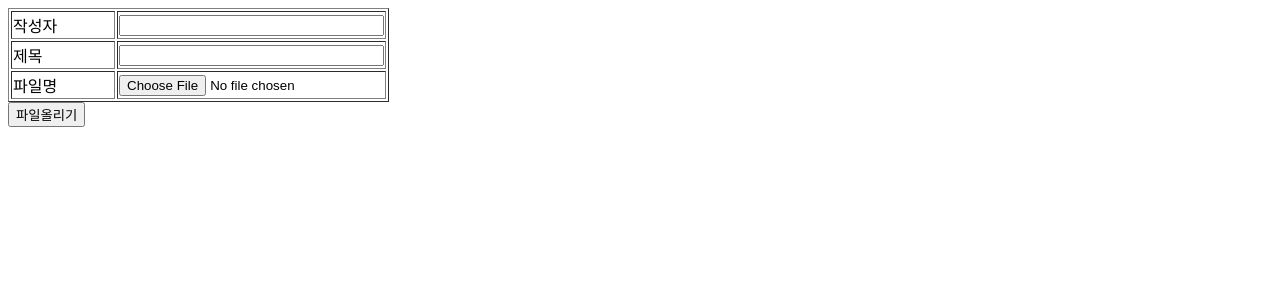
Repository: matodale/StudyJSP
Page: http://localhost/StudyJSP/ch14upload/fileForm.jsp
The author's editor kept a copy of each file at every save. The page is drawn from the files as they stood at one save, then again after the next save.
The browser window is 1280 px wide. The pictures show the whole page.
The page is served by Tomcat 9. Other server files are loaded and not shown.

Above is the page before, as saved 2022-12-25 10:10:44.

### StudyJSP/src/main/webapp/ch14upload/fileForm.jsp
<%@ page language="java" contentType="text/html; charset=UTF-8"
    pageEncoding="UTF-8"%>
<!DOCTYPE html>
<html>
<head>
<meta charset="UTF-8">
<title>파일 업로드 예제</title>
</head>
<body>
	<form name="fileForm" method="post" enctype="multipart/form-data" action="fileUpload.jsp">
		<table border="1">
			<tr>
				<td width="100" align="left">작성자</td>
				<td width="250" align="left"><input type="text" name="user" size="30"></td>
			</tr>
			<tr>
				<td width="100" align="left">제목</td>
				<td width="250" align="left"><input type="text" name="title" size="30"></td>
			</tr>
			<tr>
				<td width="100" align="left">파일명</td>
				<td width="250" align="left"><input type="file" name="uploadFile" size="20"></td>
			</tr>
		</table>
		<input type="submit" value="파일올리기">
	</form>
</body>
</html>

After the next save:
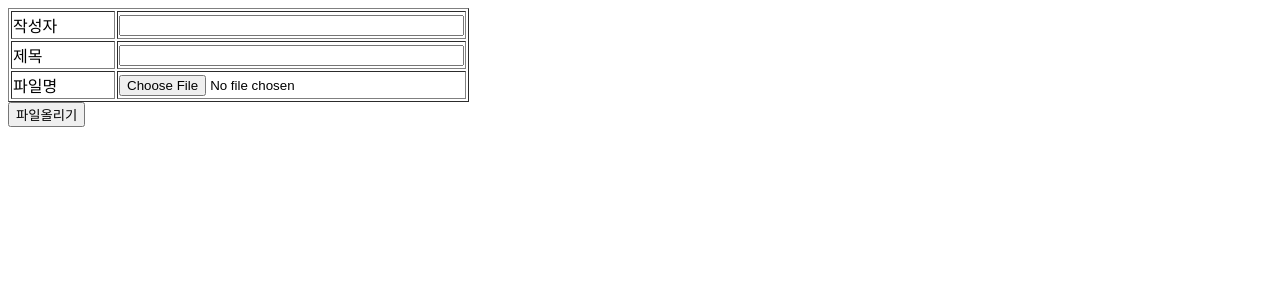
Saved 11 s later.
--- a/StudyJSP/src/main/webapp/ch14upload/fileForm.jsp
+++ b/StudyJSP/src/main/webapp/ch14upload/fileForm.jsp
@@ -11,11 +11,11 @@
 		<table border="1">
 			<tr>
 				<td width="100" align="left">작성자</td>
-				<td width="250" align="left"><input type="text" name="user" size="30"></td>
+				<td width="250" align="left"><input type="text" name="user" size="40"></td>
 			</tr>
 			<tr>
 				<td width="100" align="left">제목</td>
-				<td width="250" align="left"><input type="text" name="title" size="30"></td>
+				<td width="250" align="left"><input type="text" name="title" size="40"></td>
 			</tr>
 			<tr>
 				<td width="100" align="left">파일명</td>
